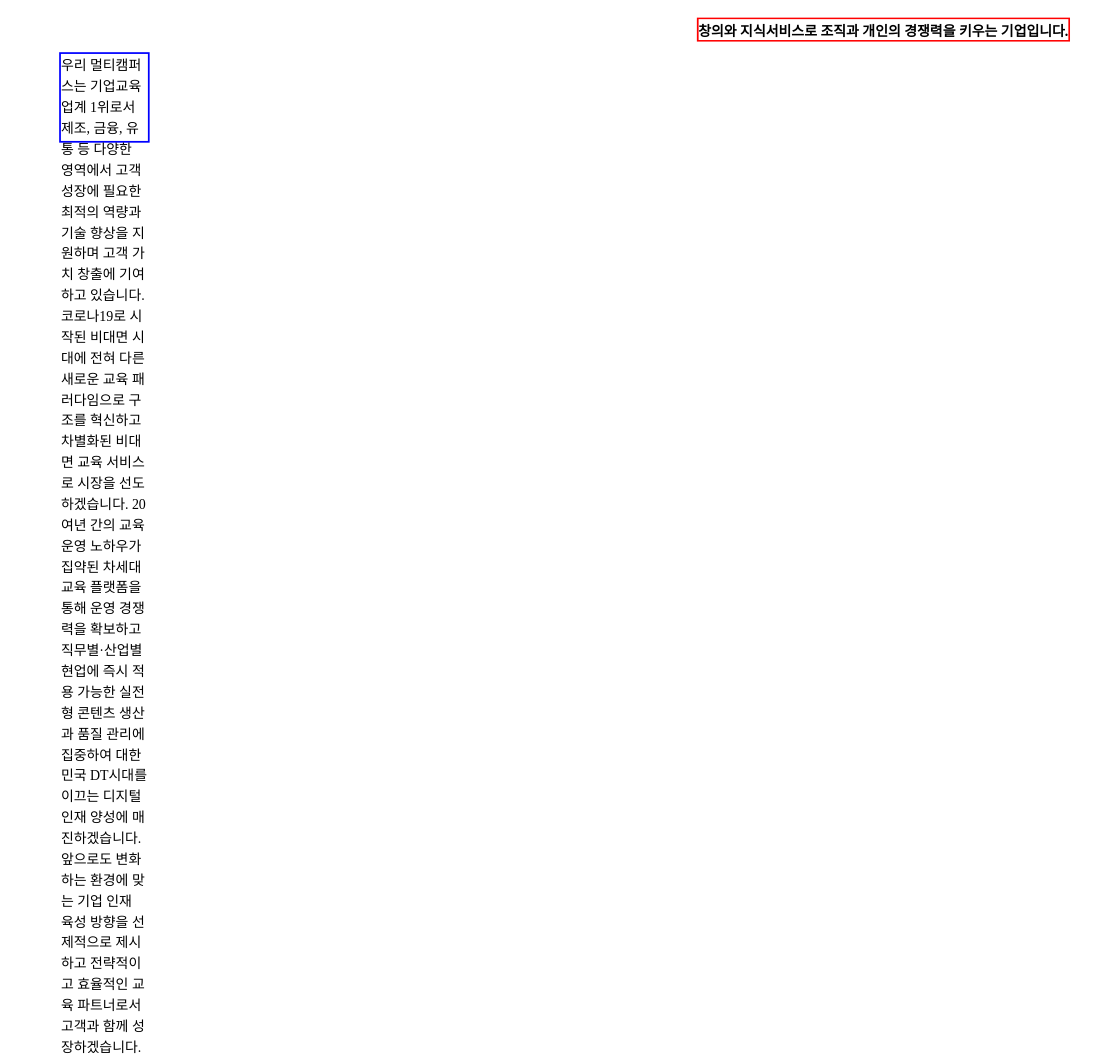
Repository: zmfhd1/Web
Page: boardtest/WebContent/overflow.html
These files come from the project's save history. The page is drawn as it stood at one moment and after the next save; the edit follows.
The browser window is 1280 px wide. The pictures show the whole page, at 87% of full size.

Above is the page before, as saved 2021-08-23 01:43:39.

After the next save:
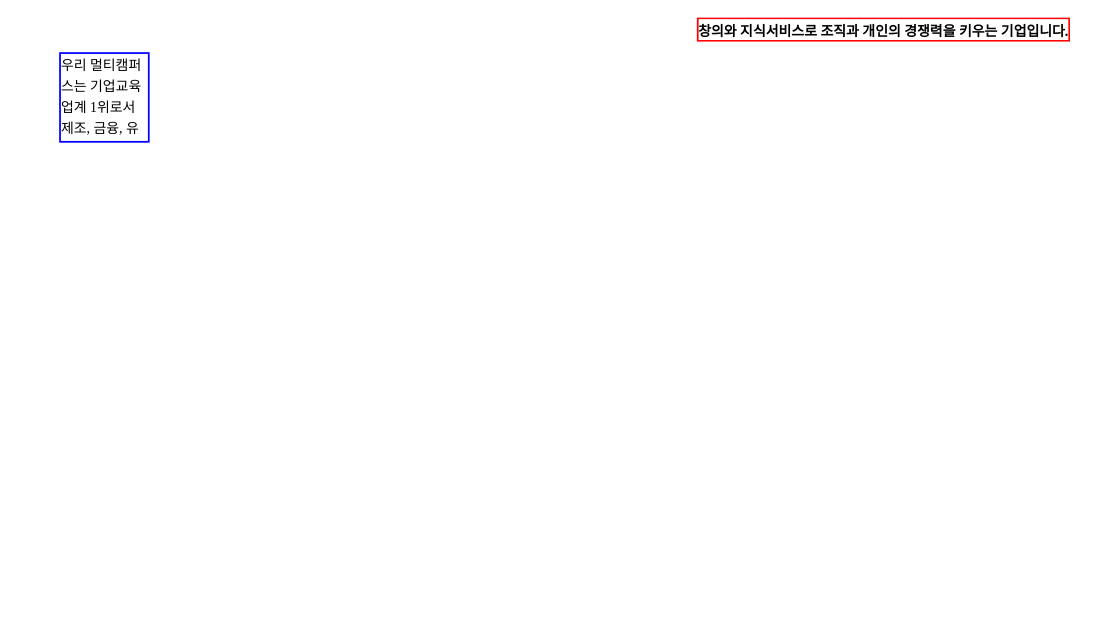
Saved 60 s later.
--- a/boardtest/WebContent/overflow.html
+++ b/boardtest/WebContent/overflow.html
@@ -7,6 +7,7 @@
   border : 2px solid blue;
   width : 100px;
   height : 100px;
+  overflow : hidden;
   margin: 40px;
    position : relative;
   top : 20px;
